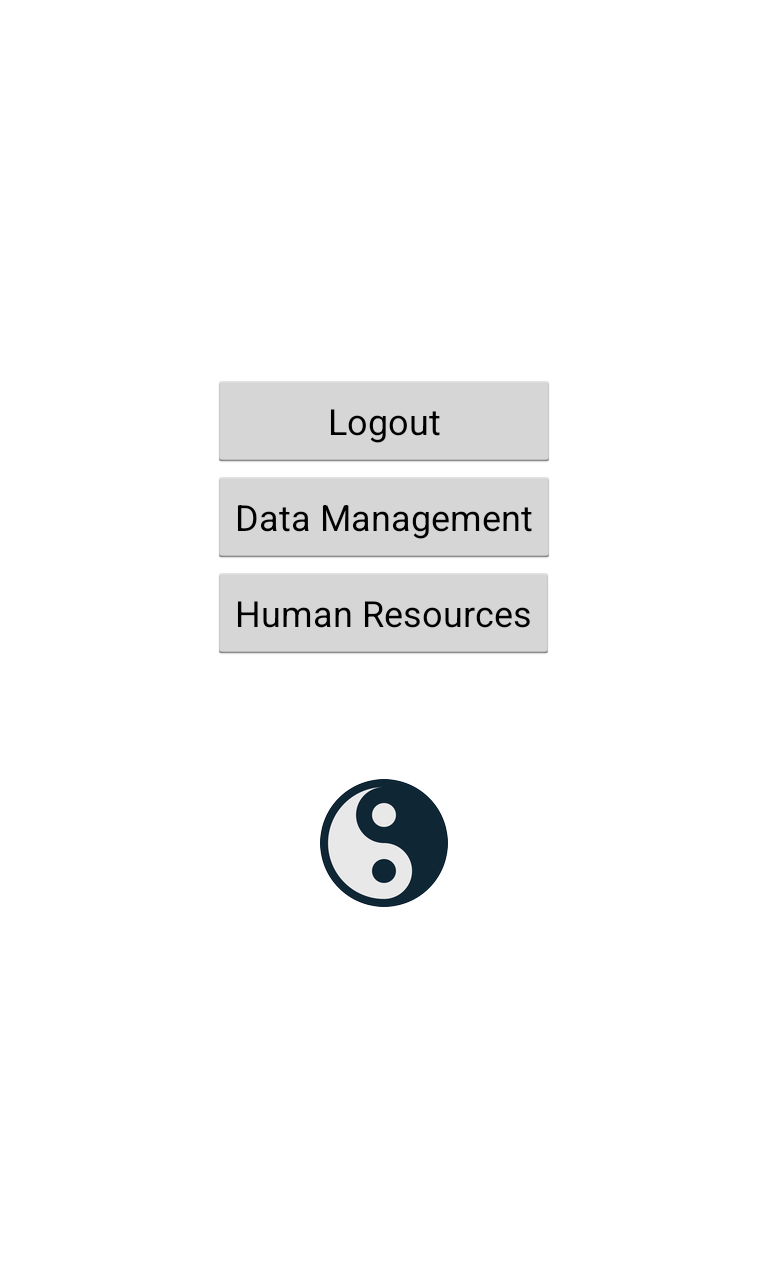
Repository: diogosufil/AcupunturaClienteAndroid
Layout: AcupunturaClienteAndroid/res/layout/activity_main.xml
An editor plug-in stored every save of this project. The layout is shown before and after the next save, followed by the edit.
It is drawn on a 768 x 1280 px phone screen (xhdpi) without system bars, with theme AppTheme; the app's code is not run. The app's manifest (not shown) leaves right-to-left support off. So textAlignment, textDirection and layoutDirection are ignored, and left and right values win over start and end ones.

Above is the layout before, as saved 2015-01-06 17:24:50.

After the next save:
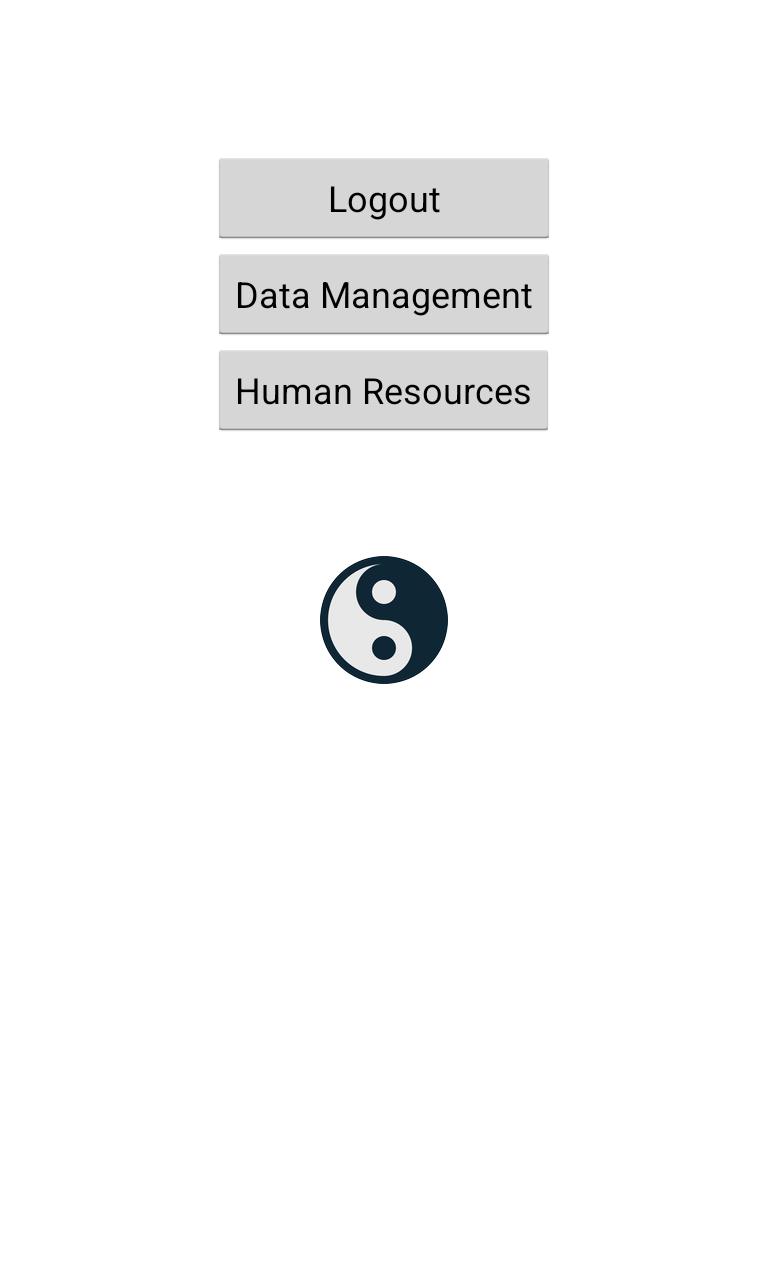
Saved 4 s later.
--- a/AcupunturaClienteAndroid/res/layout/activity_main.xml
+++ b/AcupunturaClienteAndroid/res/layout/activity_main.xml
@@ -3,7 +3,7 @@
     android:id="@+id/LinearLayout2"
     android:layout_width="match_parent"
     android:layout_height="match_parent"
-    android:gravity="center"
+    android:gravity="top|center"
     android:orientation="vertical"
     android:paddingBottom="@dimen/activity_vertical_margin"
     android:paddingLeft="@dimen/activity_horizontal_margin"
@@ -16,6 +16,20 @@
         android:layout_height="wrap_content"
         android:gravity="center"
         android:orientation="vertical" >
+
+        <TextView
+            android:id="@+id/textView1"
+            android:layout_width="wrap_content"
+            android:layout_height="wrap_content"
+            android:text="@string/nothing"
+            android:textAppearance="?android:attr/textAppearanceLarge" />
+
+        <TextView
+            android:id="@+id/TextView01"
+            android:layout_width="wrap_content"
+            android:layout_height="wrap_content"
+            android:text="@string/nothing"
+            android:textAppearance="?android:attr/textAppearanceLarge" />
 
         <Button
             android:id="@+id/buttonLogout"
@@ -36,14 +50,14 @@
             android:text="@string/human_resources" />
 
         <TextView
-            android:id="@+id/TextView02"
+            android:id="@+id/textView2"
             android:layout_width="wrap_content"
             android:layout_height="wrap_content"
             android:text="@string/nothing"
             android:textAppearance="?android:attr/textAppearanceLarge" />
 
         <TextView
-            android:id="@+id/textView2"
+            android:id="@+id/TextView02"
             android:layout_width="wrap_content"
             android:layout_height="wrap_content"
             android:text="@string/nothing"
@@ -56,7 +70,6 @@
             android:scaleType="center"
             android:src="@drawable/ac_img"
             android:textAlignment="center" />
-
     </LinearLayout>
 
 </LinearLayout>
